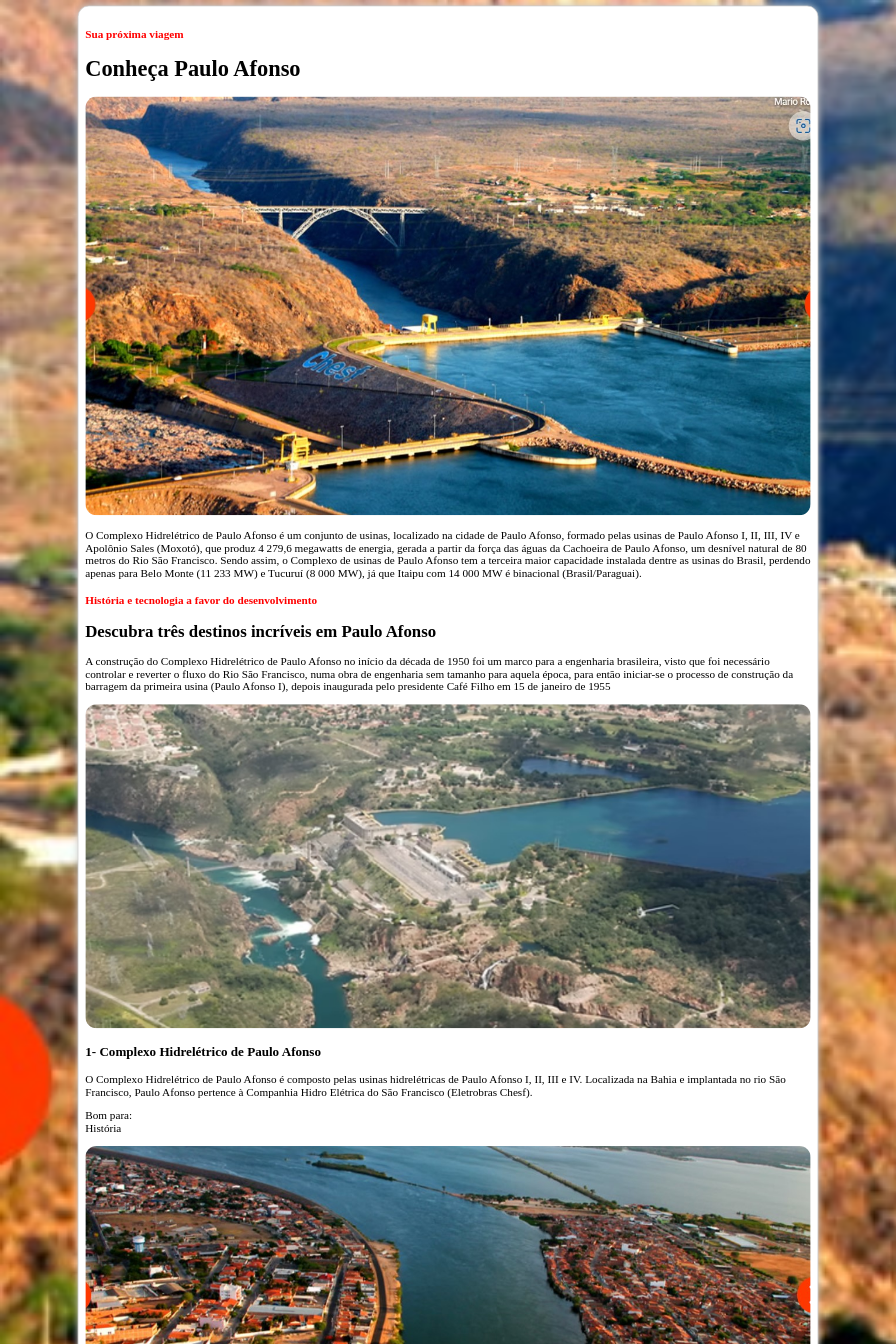
Repository: JeffRodFer/testeGitXGithub
Page: index.html
These files come from the project's save history. The page is drawn as it stood at one moment and after the next save; the edit follows.
The browser window is 1280 px wide. The pictures show the part of the page from y = 0 to 1920 px (the page is 3110 px tall before and 3236 px after), at 70% of full size.

Above is the page before, as saved 2025-03-15 22:54:01.

### index.html
<!DOCTYPE html>
<html lang="pt-br">
<head>
    <meta charset="UTF-8">
    <meta name="viewport" content="width=device-width, initial-scale=1.0">
    <title>Local Turístico</title>
    <link rel="stylesheet" href="style.css">

</head>
<body>
    <main class="page">
        <div>
            <h4>Sua próxima viagem</h4>
            <h1>Conheça Paulo Afonso</h1>
            <section>
                <img src="assets/main.jpg" alt="visão geral da hidroelêtrica">
                <p>O Complexo Hidrelétrico de Paulo Afonso é um conjunto de usinas, localizado na cidade de Paulo Afonso, formado pelas usinas de Paulo Afonso I, II, III, IV e Apolônio Sales (Moxotó), que produz 4 279,6 megawatts de energia, gerada a partir da força das águas da Cachoeira de Paulo Afonso, um desnível natural de 80 metros do Rio São Francisco. Sendo assim, o Complexo de usinas de Paulo Afonso tem a terceira maior capacidade instalada dentre as usinas do Brasil, perdendo apenas para Belo Monte (11 233 MW) e Tucuruí (8 000 MW), já que Itaipu com 14 000 MW é binacional (Brasil/Paraguai). </p>
            </section>
            <section>
                <h4>História e tecnologia a favor do desenvolvimento</h4>
                <h2>Descubra três destinos incríveis em Paulo Afonso</h2>
                <p>
                         A construção do Complexo Hidrelétrico de Paulo Afonso no início da década de 1950 foi um marco para a engenharia brasileira, visto que foi necessário controlar e reverter o fluxo do Rio São Francisco, numa obra de engenharia sem tamanho para aquela época, para então iniciar-se o processo de construção da barragem da primeira usina (Paulo Afonso I), depois inaugurada pelo presidente Café Filho em 15 de janeiro de 1955
                </p>
                <img src="assets/complexohidroele.jpg" alt="hidroelêtrica">
                <h3>1- Complexo Hidrelétrico de Paulo Afonso</h3>
                <p>
                     O Complexo Hidrelétrico de Paulo Afonso é composto pelas usinas hidrelétricas de Paulo Afonso I, II, III e IV. Localizada na Bahia e implantada no rio São Francisco, Paulo Afonso pertence à Companhia Hidro Elétrica do São Francisco (Eletrobras Chesf).
                </p>
                <P>Bom para: <br>
                   História </P>
            </section>
            <section>
                <img src="assets/aerea.jpg" alt="praias para banho as margens do Rio São Francisco">
                <h3>2- Praias para banho as margens do Rio São Francisco.</h3>
                <p>
                    Na zona urbana do município, a praia Canto das Águas, conhecida como Prainha de Glória; Na zona rural, além de várias serras, a praia do Bode Assado, as trilhas ecológicas e as agrovilas, onde é possível visitar os projetos agrícolas irrigados com as águas do Rio São Francisco.
                </p>
                <p>Bom para: <br>
                    Lazer</p>
            </section>
            <section>
                <img src="assets/quedasdagua.jpg" alt="quedas d'agua nos canions do rio são francisco">
                <h3>3- Quedas d'água nos canions do Rio São Francisco.</h3>
                <p>
                    A região é conhecida como "O Canion da Água" e possui a maior quantidade de quedas d'água do mundo, com mais de 100 canions. A maior delas, o Canion de São Francisco, tem quase 100m de altura. Além de um estrutura com restaurantes e pousasdas que servem como ponto de partida para os turistas que fazem expedições pelo grande Rio São Francisco.
                </p>
                <p>Bom para: <br>
                    Turismo <br>
                    Lazer <br>
                    Aventura</p>
            </section>
            <p>Lorem ipsum dolor, sit amet consectetur adipisicing elit. Aspernatur tempore eum eveniet optio obcaecati sed mollitia porro, perspiciatis atque quae, fuga, praesentium itaque quibusdam corporis in eos repellat. Illo, qui.</p>
            <p>Lorem ipsum dolor sit amet consectetur adipisicing elit. Doloribus possimus similique ex voluptate quis dolor, impedit exercitationem quos a quaerat quo magni voluptas accusamus cupiditate, tempore asperiores, blanditiis inventore saepe.</p>
        </div>
    </main>
</body>
</html>

### style.css
:root {
    font-family: "Bree Serif", serif;
  font-weight: 400;
  font-style: normal;
}


body {
    /* background-color: white; */
    background-image: url(assets/main.jpg);
    background-size: cover;

}

.page {
    width: 82%;
    margin: 0 auto;
    padding: 10px;
    background-color: white;
    border: 1px solid #ccc;
    border-radius: 16px;
    box-shadow: 0 0 10px #ccc;
}
img
    {
        max-width: 100%;
        height: auto;
        border-radius: 16px;
    }

 h4{
    color: red;
}
h1, h2, h3 {
    color: black;
    text-decoration: bold;
}

After the next save:
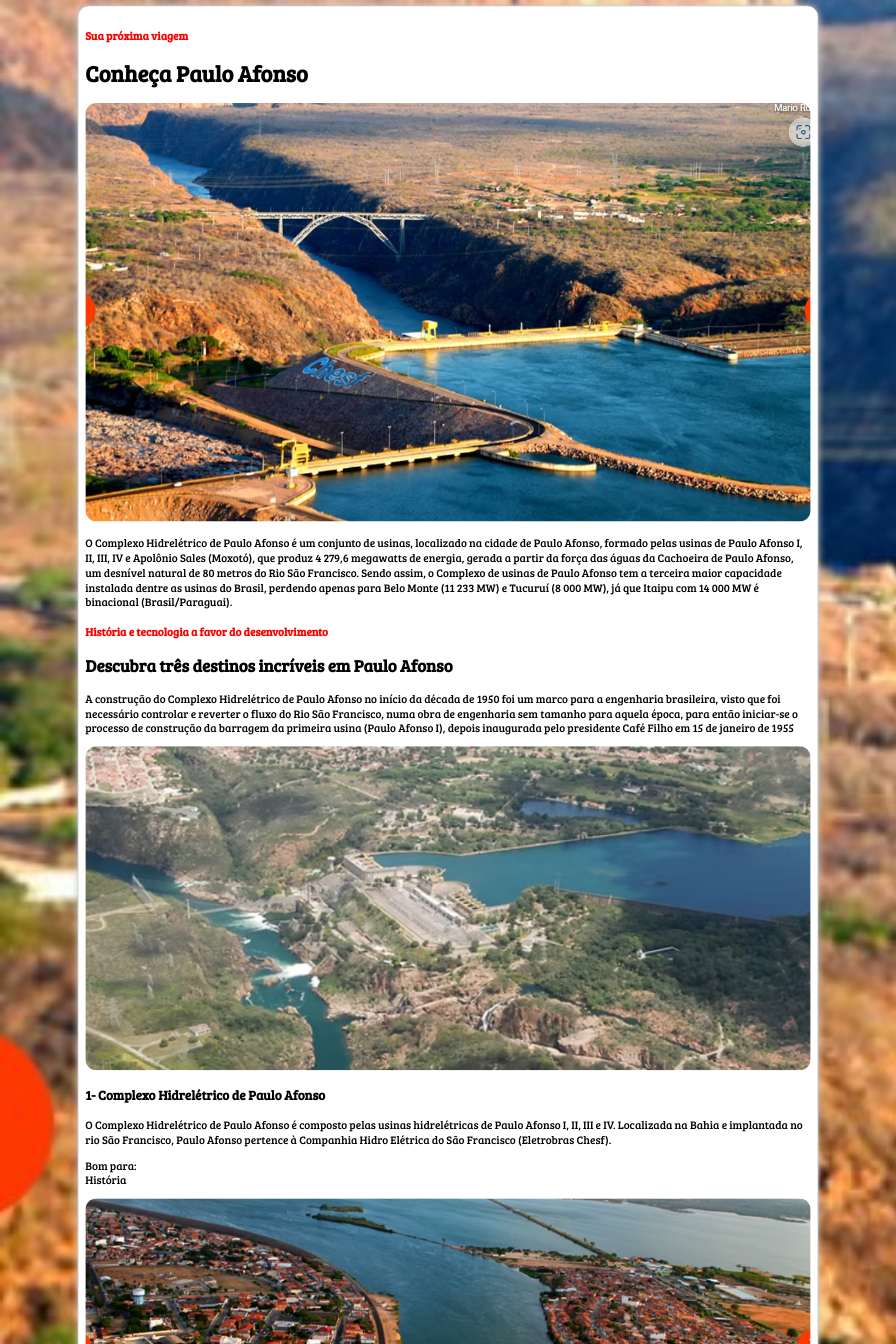
Saved 90 s later.
--- a/index.html
+++ b/index.html
@@ -1,6 +1,9 @@
 <!DOCTYPE html>
 <html lang="pt-br">
 <head>
+    <link rel="preconnect" href="https://fonts.googleapis.com">
+    <link rel="preconnect" href="https://fonts.gstatic.com" crossorigin>
+    <link href="https://fonts.googleapis.com/css2?family=Bree+Serif&display=swap" rel="stylesheet">
     <meta charset="UTF-8">
     <meta name="viewport" content="width=device-width, initial-scale=1.0">
     <title>Local Turístico</title>
